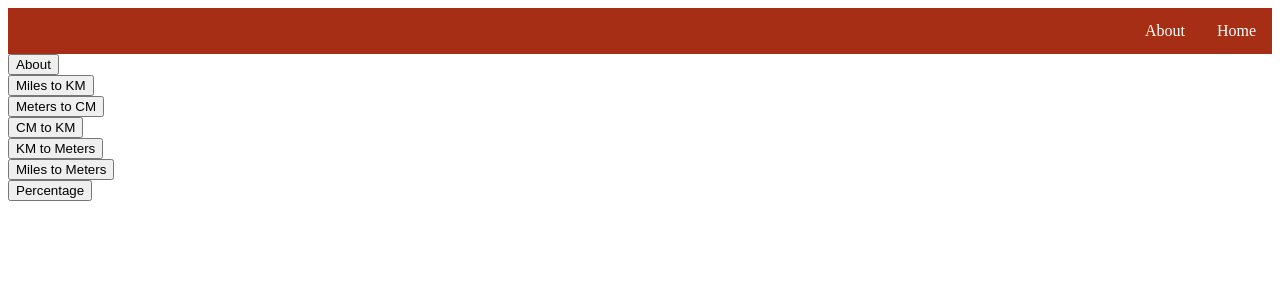
Repository: Kamrangujjar85112/Length-Converter
Page: html/home.html
The author's editor kept a copy of each file at every save. The page is drawn from the files as they stood at one save, then again after the next save.
The browser window is 1280 px wide. The pictures show the whole page.

Above is the page before, as saved 2022-01-21 01:55:22.

### html/home.html
<!-- home -->
<!DOCTYPE html>
<html lang="en">
<head>
    <meta charset="UTF-8">
    <meta http-equiv="X-UA-Compatible" content="IE=edge">
    <meta name="viewport" content="width=device-width, initial-scale=1.0">
    <title>Home</title>
    <link rel="stylesheet" href="../css/style.css">
</head>
<body>
    <!-- navbar -->
    <ul class="nav-ul">
        <li class="home-li">
            <a class="nav-home-a" href="#home">Home</a>
        </li>
        <li class="nav-about-a">
        <a class="active" href="#about">About</a>
        </li>
    </ul>
    <!-- End navbar -->
    <a href="about.html" class="about">
        <button class="about">About</button>
    </a><br>
    <a href="mi_km.html" class="about">
        <button class="mi_km">Miles to KM</button>
    </a><br>

    <a href="m_cm.html" class="about">
        <button class="m_cm">Meters to CM</button>
    </a><br>

    <a href="cm_km.html" class="about">
        <button class="cm_km">CM to KM</button>
    </a><br>

    <a href="km_m.html" class="about">
        <button class="km_m">KM to Meters</button>
    </a><br>

    <a href="mi_m.html" class="about">
        <button class="mi_m">Miles to Meters</button>
    </a><br>

    <a href="percentage.html" class="about">
        <button class="percentage">Percentage</button>
    </a><br>

</body>
</html>

### css/style.css
ul {
    list-style-type: none;
    margin: 0;
    padding: 0;
    overflow: hidden;
    background-color: #A62E15;
  }

  li {
    float: right;
  }

  li a {
    display: block;
    color: white;
    text-align: center;
    padding: 14px 16px;
    text-decoration: none;
  }


  /* Change the link color to #111 (black) on hover */
  li a:hover {
    background-color: #CA7E6F;
  }

After the next save:
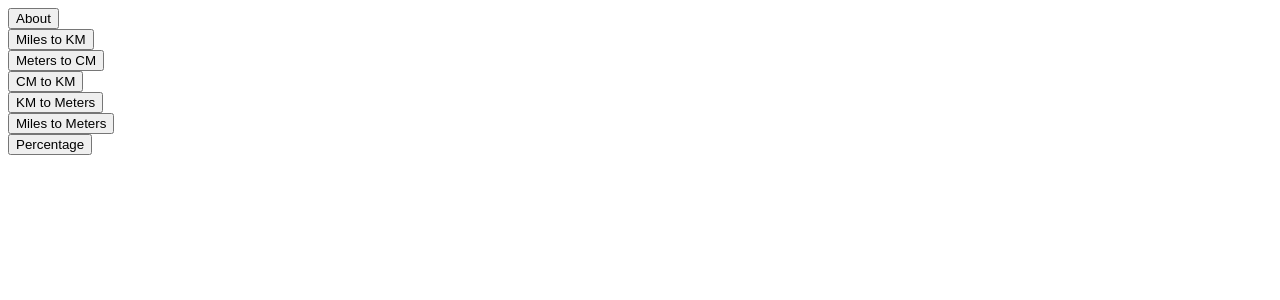
Saved 4 min 47 s later.
--- a/html/home.html
+++ b/html/home.html
@@ -9,20 +9,12 @@
     <link rel="stylesheet" href="../css/style.css">
 </head>
 <body>
-    <!-- navbar -->
-    <ul class="nav-ul">
-        <li class="home-li">
-            <a class="nav-home-a" href="#home">Home</a>
-        </li>
-        <li class="nav-about-a">
-        <a class="active" href="#about">About</a>
-        </li>
-    </ul>
-    <!-- End navbar -->
+
+
     <a href="about.html" class="about">
         <button class="about">About</button>
     </a><br>
-    <a href="mi_km.html" class="about">
+    <a href="mi_km.html" class="">
         <button class="mi_km">Miles to KM</button>
     </a><br>
 

After the 3 saves that followed:
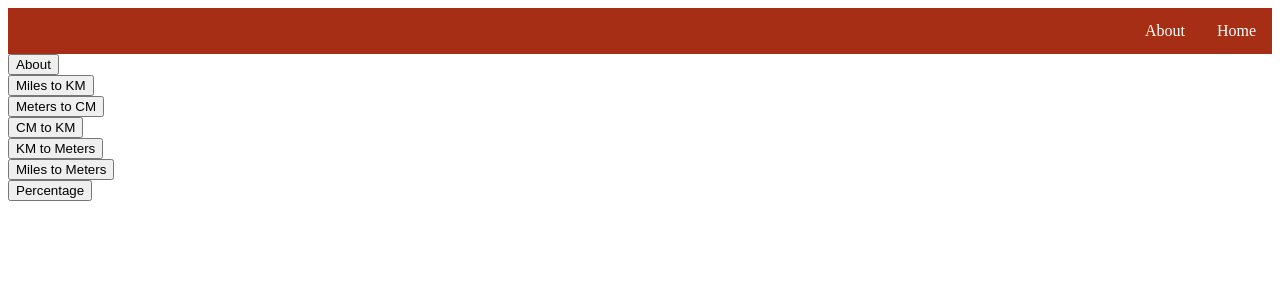
The 3 saves are shown as one change because 2 left the picture as it was.
The last was saved 3 min 23 s later.
--- a/html/home.html
+++ b/html/home.html
@@ -7,10 +7,18 @@
     <meta name="viewport" content="width=device-width, initial-scale=1.0">
     <title>Home</title>
     <link rel="stylesheet" href="../css/style.css">
+
 </head>
 <body>
 
-
+    <ul>
+        <li>
+            <a class="nav-home-a" href="#home">Home</a>
+        </li>
+        <li>
+        <a class="active" href="#about">About</a>
+        </li>
+    </ul>
     <a href="about.html" class="about">
         <button class="about">About</button>
     </a><br>
